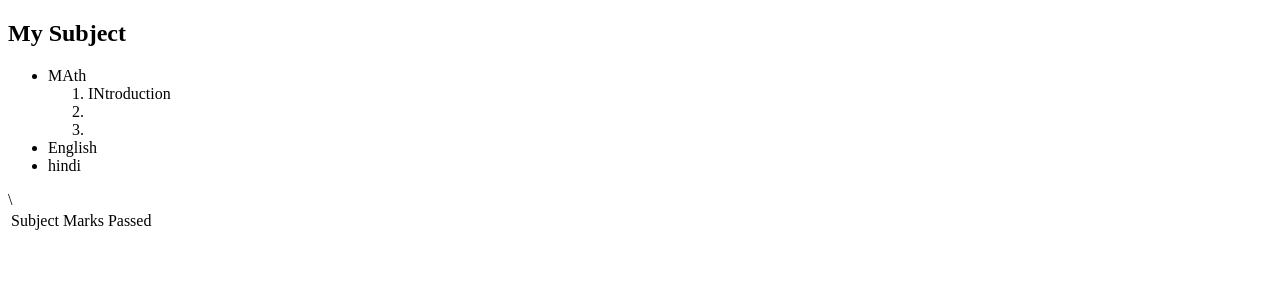
Repository: ramlakhan1/resume1
Page: index.html
The author's editor kept a copy of each file at every save. The page is drawn from the files as they stood at one save, then again after a run of saves.
The browser window is 1280 px wide. The pictures show the whole page.

Above is the page before, as saved 2022-11-05 13:59:36.

After the next 2 saves:
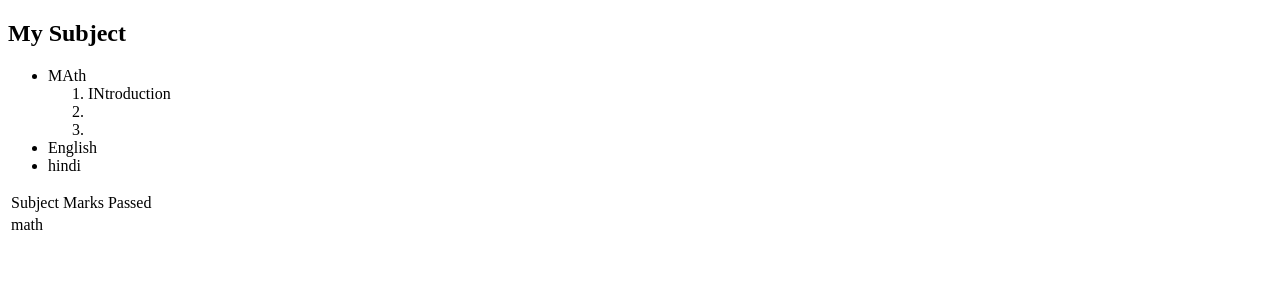
The 2 saves are shown as one change because they came seconds apart.
The last was saved 7 s later.
--- a/index.html
+++ b/index.html
@@ -25,7 +25,11 @@
             <td>Marks</td>
             <td>Passed</td>
         </tr>
-        <tr>\</tr>
+        <tr>
+            <td>math</td>
+            <td></td>
+            <td></td>
+        </tr>
         <tr></tr>
     </table>
 </body>
